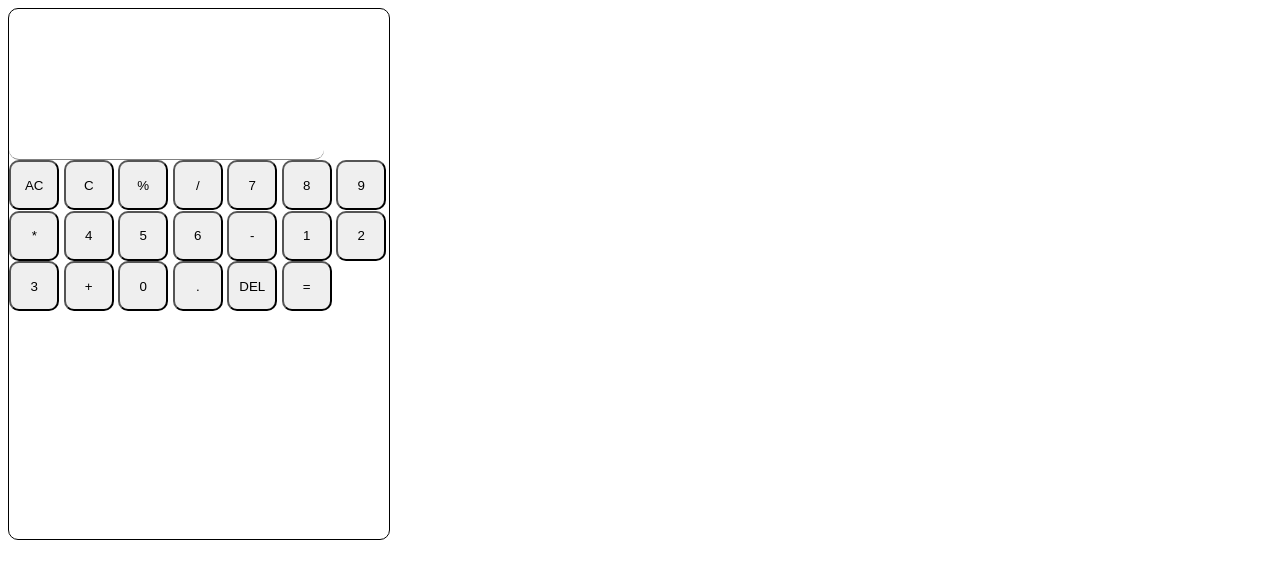
Repository: baziz22/Vanilla_JS_Projects
Page: claculator/index.html
The author's editor kept a copy of each file at every save. The page is drawn from the files as they stood at one save, then again after the next save.
The browser window is 1280 px wide. The pictures show the whole page.

Above is the page before, as saved 2022-03-02 02:13:14.
Console error: SyntaxError: Malformed arrow function parameter list

After the next save:
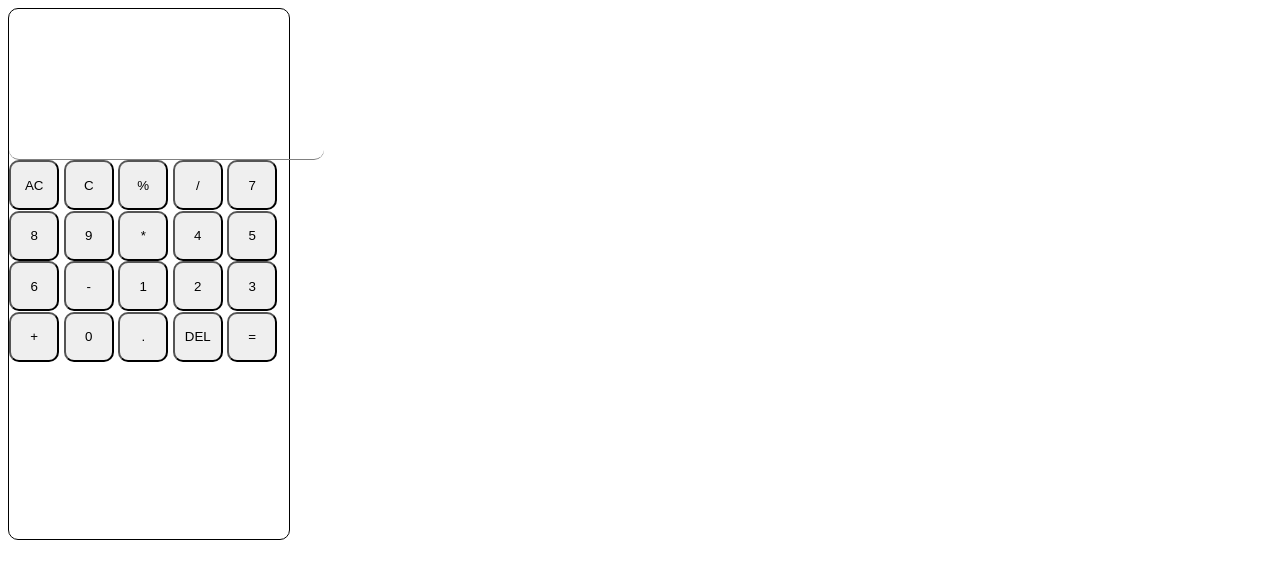
Saved 7 s later.
--- a/claculator/style.css
+++ b/claculator/style.css
@@ -1,7 +1,7 @@
 .wrapper {
   border: 1px solid black;
   border-radius: 10px;
-  width: 380px;
+  width: 280px;
   height: 530px;
 }
 button {
